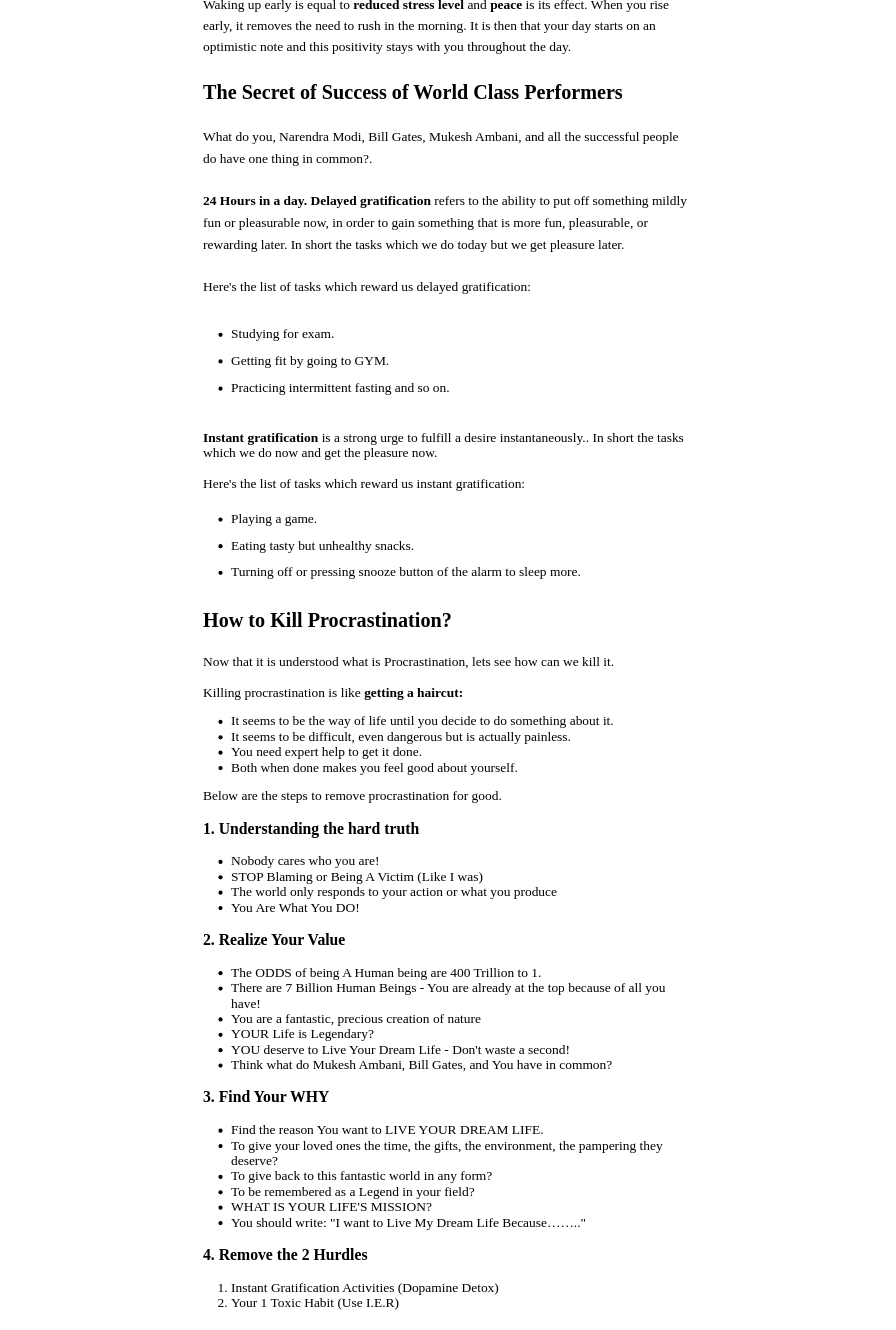
Repository: PuneetP16/Portfolio
Page: Wake Up At 5 AM Every Single Day Like Clockwork.html
The author's editor kept a copy of each file at every save. The page is drawn from the files as they stood at one save, then again after the next save.
The browser window is 1280 px wide. The pictures show the part of the page from y = 806 to 2706 px (the page is 4174 px tall), at 70% of full size.
A picture or video elsewhere on the page could not be fetched, so the positions and the page height are approximate. Some web fonts or font styles are not loaded; a fallback is used.

Above is the page before, as saved 2021-12-10 02:38:27.

After the next save:
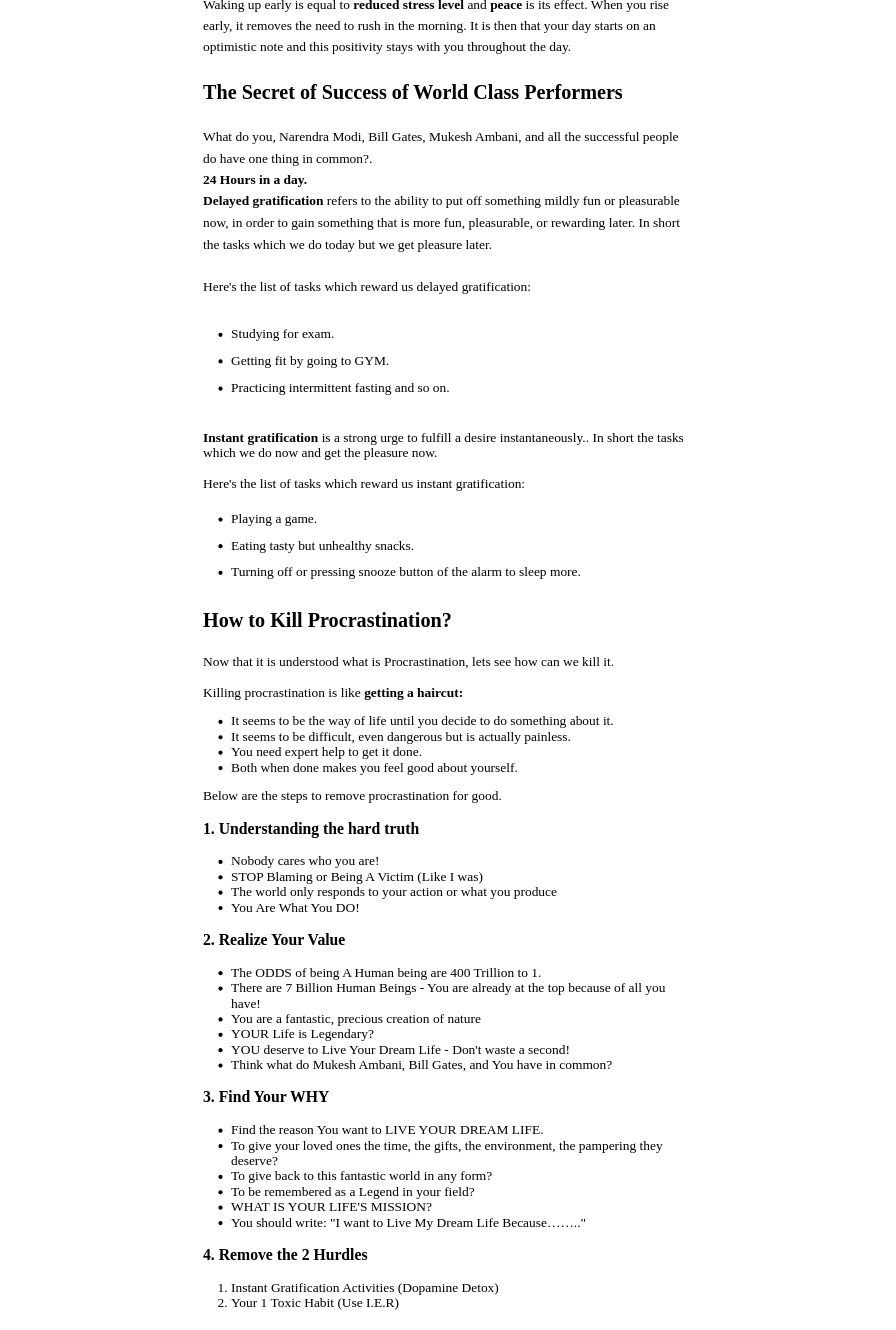
Saved 29 s later.
--- a/Wake Up At 5 AM Every Single Day Like Clockwork.html
+++ b/Wake Up At 5 AM Every Single Day Like Clockwork.html
@@ -27,8 +27,7 @@
     <h2 class="blog-h2">The Secret of Success of World Class Performers</h2>
     <p class="blog-paragraph">
       What do you, Narendra Modi, Bill Gates, Mukesh Ambani, and all the successful people do have one thing in common?.
-     <br>
-      <br>  <strong>24 Hours in a day.</strong>
+     <br> <strong>24 Hours in a day.</strong><br>
       <strong>Delayed gratification</strong> refers to the ability to put off something mildly fun or pleasurable now, in order to gain something that is more fun, pleasurable, or rewarding later. In short the tasks which we do today but we get pleasure later. <br><br>
         Here's the list of tasks which reward us delayed gratification:
       <ul style="line-height: 2">
